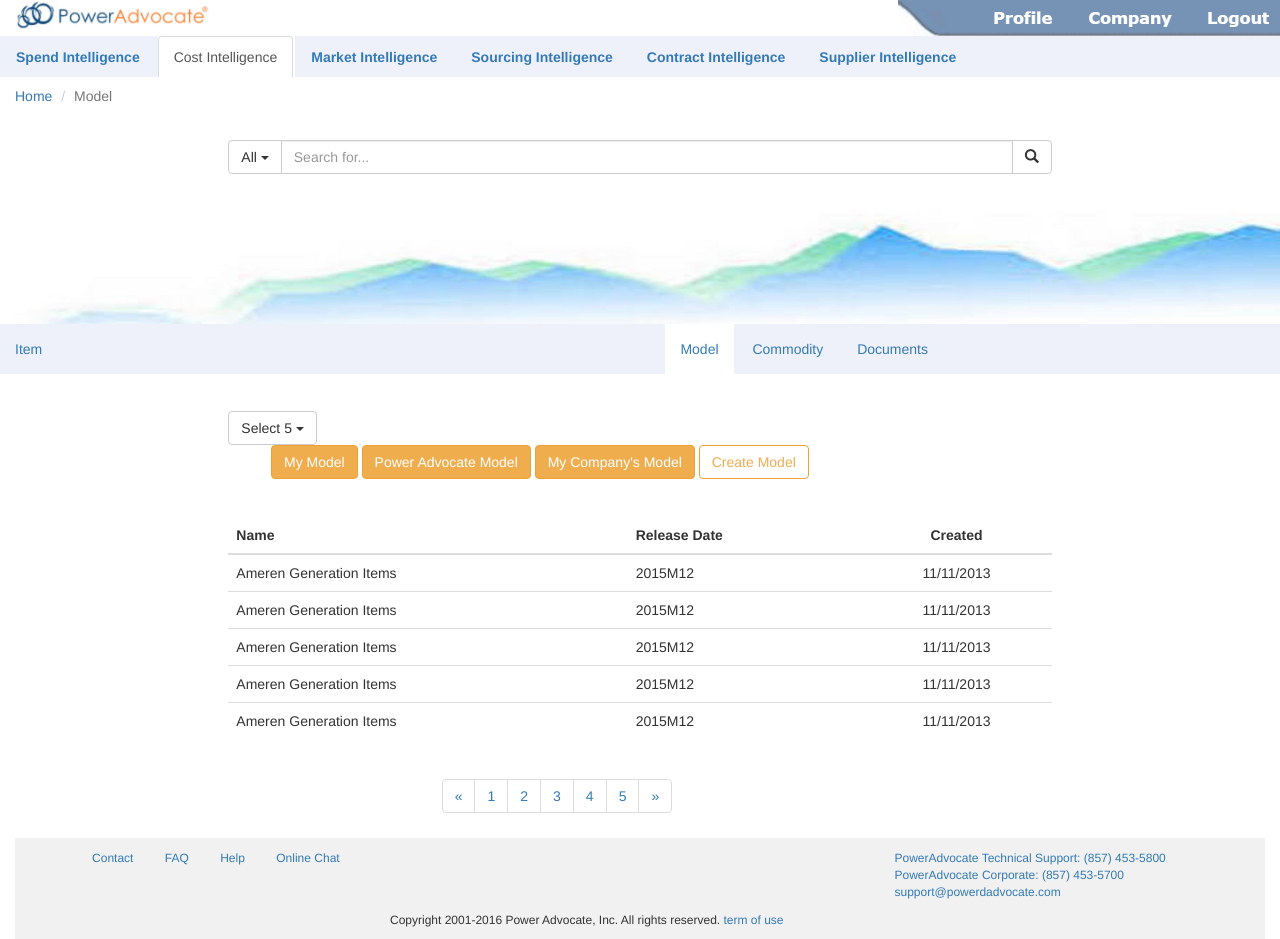
Repository: SamiraMansouri/PowerAdvocate-CostIntelligence-Application-new-Design-using-UserExperience-Method-
Page: http://localhost/PowerAdvocate/WEB-INF/views/home.jsp
These files come from the project's save history. The page is drawn as it stood at one moment and after the next save; the edit follows.
The browser window is 1280 px wide. The pictures show the whole page.
The page is served by Tomcat 9. Nobody is signed in. Other server files are loaded and not shown. The template is opened directly, without the code that normally fills it, so the values that code supplies are empty.

Above is the page before, as saved 2016-04-25 01:26:31.

### PowerAdvocate-Prototype/PowerAdvocate/src/main/webapp/WEB-INF/views/home.jsp
<!DOCTYPE html>
<html lang="en">
<head>
<title>Model</title>
<meta charset="utf-8">
<meta name="viewport" content="width=device-width, initial-scale=1">
<link rel="stylesheet"
	href="http://maxcdn.bootstrapcdn.com/bootstrap/3.3.6/css/bootstrap.min.css">
<script
	src="https://ajax.googleapis.com/ajax/libs/jquery/1.12.0/jquery.min.js"></script>
<script
	src="http://maxcdn.bootstrapcdn.com/bootstrap/3.3.6/js/bootstrap.min.js"></script>
</head>
<style>
.nav .navbar-nav>li>a:hover, .navbar-default .navbar-nav>li>a:focus {
	color: #ffff; /*Sets the text hover color on navbar*/
}

.nav .nav-tabs>.active>a, .nav .nav-tabs>.active>a:hover, .nav .nav-tabs>.active>a:focus
	{
	color: black; /*BACKGROUND color for active*/
	background-color: red;
}

.nav {
	background-color: #eff1fa;
	border-color: white;
}

.nav>li>a:hover, .nav>li>a:focus {
	text-decoration: none;
	background-color: silver; /*Change rollover cell color here*/
}

.navbar-default .navbar-nav>li>a {
	color: white; /*Change active text color here*/
}

.top-buffer {
	margin-top: 3%;
}

.nav .nav-tabs {
	display: inline-block;
	float: none;
	vertical-align: top;
}

.nav .navbar-collapse {
	text-align: center;
}

#bs-example-navbar-collapse-1 {
	padding: 0;
}

lineblue {
	border-bottom: 5pt solid black;
}

.navbar-nav {
	width: 100%;
	text-align: center; > li { float : none;
	display: inline-block;
}

}
.active {
	background-color: #fff;
}

.btn-warning.btn-outline {
	color: #f0ad4e;
}

.btn-warning.btn-outline:hover {
	color: #fff;
}

.btn-outline {
	background-color: transparent;
	color: inherit;
	transition: all .5s;
}

.footer {
	background-color: #F1F1F1;
	padding-top: 1%;
	font-size: 12px;
}

#col1 li {
	display: inline;
	text-decoration: none;
	padding-left: 5%;
}

#col1 ul {
	padding-left: 0;
}

#col2 li {
	text-decoration: none;
	padding-left: 35%;
	list-style-type: none;
}
.image
{
padding-right:0;

}
</style>
<body>

	<div class="container-fluid">
		<div class="row">
			<div class="col-md-4 ">
				<img src="resources/img/pa.png" alt="logo"
					style="width: 50%; height: 30%;">
			</div>
			<div class="col-md-8 image">
				<span class="pull-right "> <img src="resources/img/menu.png"
					class="pull-right " alt="logo" style="width: 60%; height: 30%;">
				</span>
			</div>
		</div>

		<!--end of row-->
		<div class="row">
			<ul class="nav nav-tabs">
				<li role="presentation"><a href="#"><b>Spend
							Intelligence</b></a></li>
				<li role="presentation" class="active"><a href="#">Cost
						Intelligence</a></li>
				<li role="presentation"><a href="#"><b>Market
							Intelligence</b></a></li>
				<li role="presentation"><a href="#"><b>Sourcing
							Intelligence</b></a></li>
				<li role="presentation"><a href="#"><b>Contract
							Intelligence</b></a></li>
				<li role="presentation"><a href="#"><b>Supplier
							Intelligence</b></a></li>
			</ul>
		</div>
		<!--end of row-->

		<div class="row">
			<ol class="breadcrumb"
				style="margin-bottom: 2%; background-color: #fff;">
				<li><a href="#">Home</a></li>
				<li class="active">Model</li>
			</ol>
		</div>
		<!-- bread crumb -->

		<div class="row">
			<div class="col-lg-2"></div>
			<div class="col-lg-8">
				<div class="input-group">
					<div class="input-group-btn">
						<button type="button" class="btn btn-default dropdown-toggle"
							data-toggle="dropdown" aria-haspopup="true" aria-expanded="false">
							All <span class="caret"></span>
						</button>
						<ul class="dropdown-menu">
							<li><a href="#">All</a></li>
							<li role="separator" class="divider"></li>
							<li><a href="#">Model</a></li>
							<li><a href="#">Item</a></li>
							<li><a href="#">Commodity</a></li>
						</ul>
					</div>
					<!-- btn-group -->

					<input type="text" class="form-control" placeholder="Search for..." />
					<span class="input-group-btn">
						<button class="btn btn-default" type="button">
							<span class="glyphicon glyphicon-search" aria-hidden="true"></span>
						</button>
					</span>
				</div>
				<!-- /input-group -->
			</div>
			<!-- lg-8 -->
			<div class="col-lg-2"></div>
		</div>
		<!-- /row -->

		<div class="row">
			<div class="col-md-12 image">
				<img  src="resources/img/a.jpeg" alt="logo"
					style="width: 100%; height: 150px;">
			</div>
		</div>
		<!-- row -->

		<div class="row">
			<div class=" collapse navbar-collapse "
				id="bs-example-navbar-collapse-1">
				<ul class="nav navbar-nav">
				<li><a href="#"></a></li>
				<li><a href="#"></a></li>
				<li><a href="#"></a></li>
				<li><a href="#"></a></li>
				<li><a href="#"></a></li>
				<li><a href="#"></a></li>
				<li><a href="#"></a></li>
				<li><a href="#"></a></li>
					<li class="active"><a href="#">Model</a></li>
					<li class="pull-left"><a href="/prototype/Item">Item</a></li>
					<li><a href="/prototype/Commodity">Commodity</a></li>
					<li><a href="/prototype/Documents">Documents</a></li>
				</ul>
			</div>
			<!-- /.navbar-collapse -->
		</div>

		<div class="row top-buffer ">
			<div class="col-md-2"></div>
			<div class="col-md-2">

				<div class="dropdown pull-left ">
					<button class="btn btn-default dropdown-toggle" type="button"
						id="dropdownMenu2" data-toggle="dropdown" aria-haspopup="true"
						aria-expanded="false">
						Select 5 <span class="caret"></span>
					</button>
					<ul class="dropdown-menu" aria-labelledby="dropdownMenu2">
						<li><a href="#">Select 5</a></li>
						<li><a href="#">Select 10</a></li>
						<li><a href="#">Select 50</a></li>
						<li><a href="#">Select 100</a></li>
					</ul>
				</div>
			</div>
			<div class="col-md-6 " style="margin-left:20%;">
				<button type="Button" class="btn btn-warning">My Model</button>
				<button type="Button" class="btn btn-warning">Power
					Advocate Model</button>
				<button type="Button" class="btn btn-warning">My Company's
					Model</button>
				<a class="btn btn-warning btn-outline ">Create Model</a>
			</div>
<div class="col-md-2"></div>
		</div>



	<div class="row top-buffer x">
		<div class="col-sm-2"></div>
		<div class="col-sm-8">
			<table class="table table-hover">
				<thead>
					<tr>
						<th>Name</th>
						<th >Release Date</th>
						<th style="text-align:center;">Created</th>
					</tr>
				</thead>
				<tbody>
					<tr>
						<td>Ameren Generation Items</td>
						<td>2015M12</td>
						<td style="text-align:center;">11/11/2013</td>
					</tr>
					<tr>
						<td>Ameren Generation Items</td>
						<td>2015M12</td>
						<td style="text-align:center;">11/11/2013</td>
					</tr>
					<tr>
						<td>Ameren Generation Items</td>
						<td>2015M12</td>
						<td style="text-align:center;">11/11/2013</td>
					</tr>
					<tr>
						<td>Ameren Generation Items</td>
						<td>2015M12</td>
						<td style="text-align:center;">11/11/2013</td>
					</tr>
					<tr>
						<td>Ameren Generation Items</td>
						<td>2015M12</td>
						<td style="text-align:center;">11/11/2013</td>
					</tr>
				</tbody>
			</table>
		</div>
		<div class="col-md-2"></div>
	</div>

	<!--  -->
	<div class="row">
		<div class="col-md-2"></div>
		<div class="col-md-2"></div>
		<div class="col-md-8 ">
			<nav>
				<ul class="pagination">
					<li><a href="#" aria-label="Previous"> <span
							aria-hidden="true">&laquo;</span>
					</a></li>
					<li><a href="#">1</a></li>
					<li><a href="#">2</a></li>
					<li><a href="#">3</a></li>
					<li><a href="#">4</a></li>
					<li><a href="#">5</a></li>
					<li><a href="#" aria-label="Next"> <span
							aria-hidden="true">&raquo;</span>
					</a></li>
				</ul>
			</nav>
		</div>
	</div>
	<!--pagination-->
	<!--footer-->
	<div class="footer">
		<div class="row ">
			<div class="col-md-6" id="col1" style="padding-left: 5%;">
				<ul>
					<li><a src="#"> Contact</a></li>
					<li><a src="#"> FAQ </a></li>
					<li><a src="#"> Help</a></li>
					<li><a src="#"> Online Chat</a></li>
				</ul>
			</div>

			<div class="col-md-6" id="col2">
				<ul>
					<li><a src="#"> PowerAdvocate Technical Support: (857)
							453-5800</a></li>
					<li><a src="#"> PowerAdvocate Corporate: (857) 453-5700 </a></li>
					<li><a src="#"> support@powerdadvocate.com</a></li>
				</ul>
			</div>
		</div>
		<div class="row">
			<div class="col-md-12">
				<p style="padding-left: 30%;">
					Copyright 2001-2016 Power Advocate, Inc. All rights reserved.<a
						src="#"> term of use </a>
				</p>
			</div>
		</div>
	</div>
	<!-- end of footer-->


	</div>
</body>
</html>

After the next save:
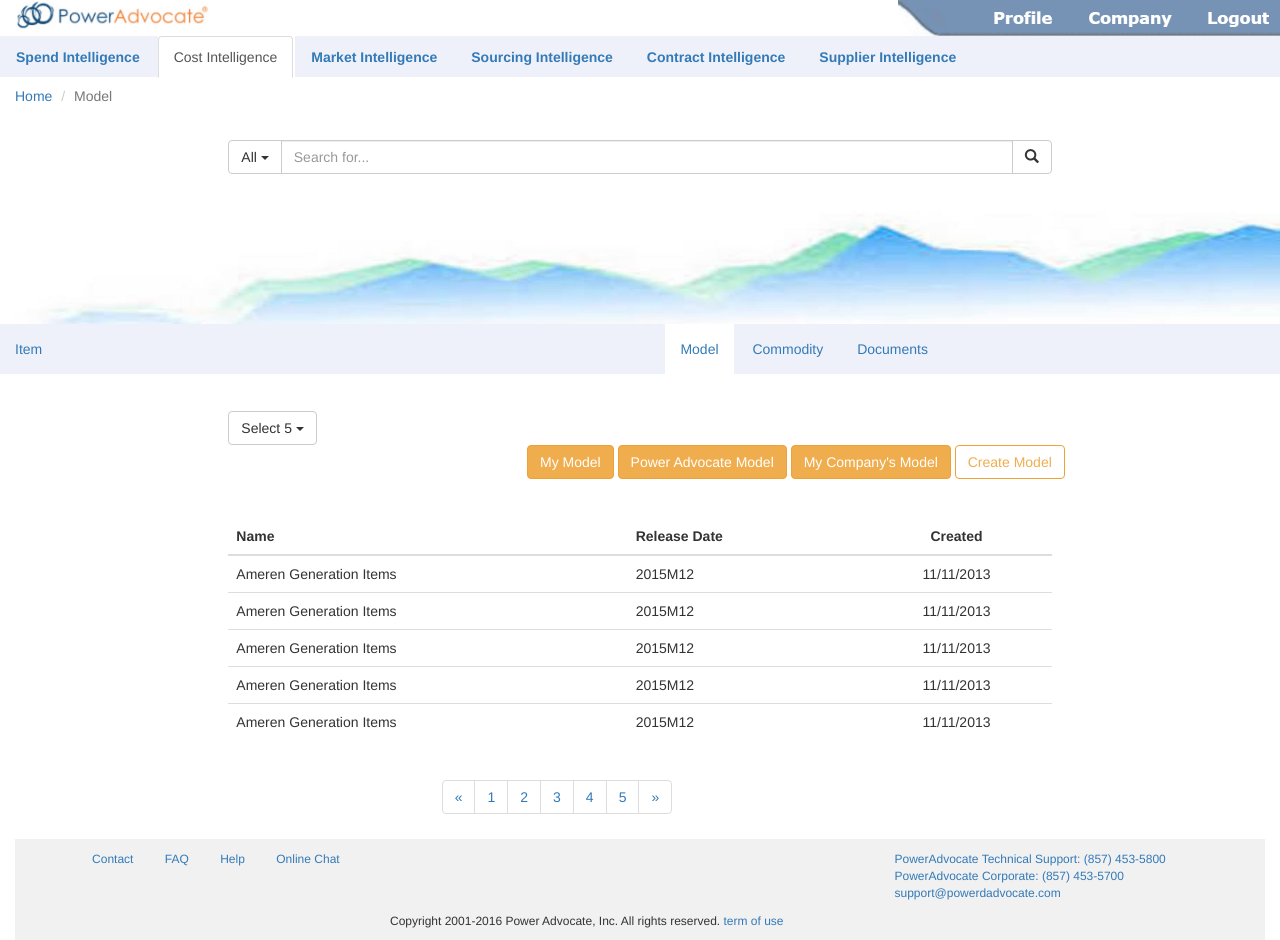
Saved 10 s later.
--- a/PowerAdvocate-Prototype/PowerAdvocate/src/main/webapp/WEB-INF/views/home.jsp
+++ b/PowerAdvocate-Prototype/PowerAdvocate/src/main/webapp/WEB-INF/views/home.jsp
@@ -233,7 +233,7 @@
 					</ul>
 				</div>
 			</div>
-			<div class="col-md-6 " style="margin-left:20%;">
+			<div class="col-md-6 " style="margin-left:40%;">
 				<button type="Button" class="btn btn-warning">My Model</button>
 				<button type="Button" class="btn btn-warning">Power
 					Advocate Model</button>
